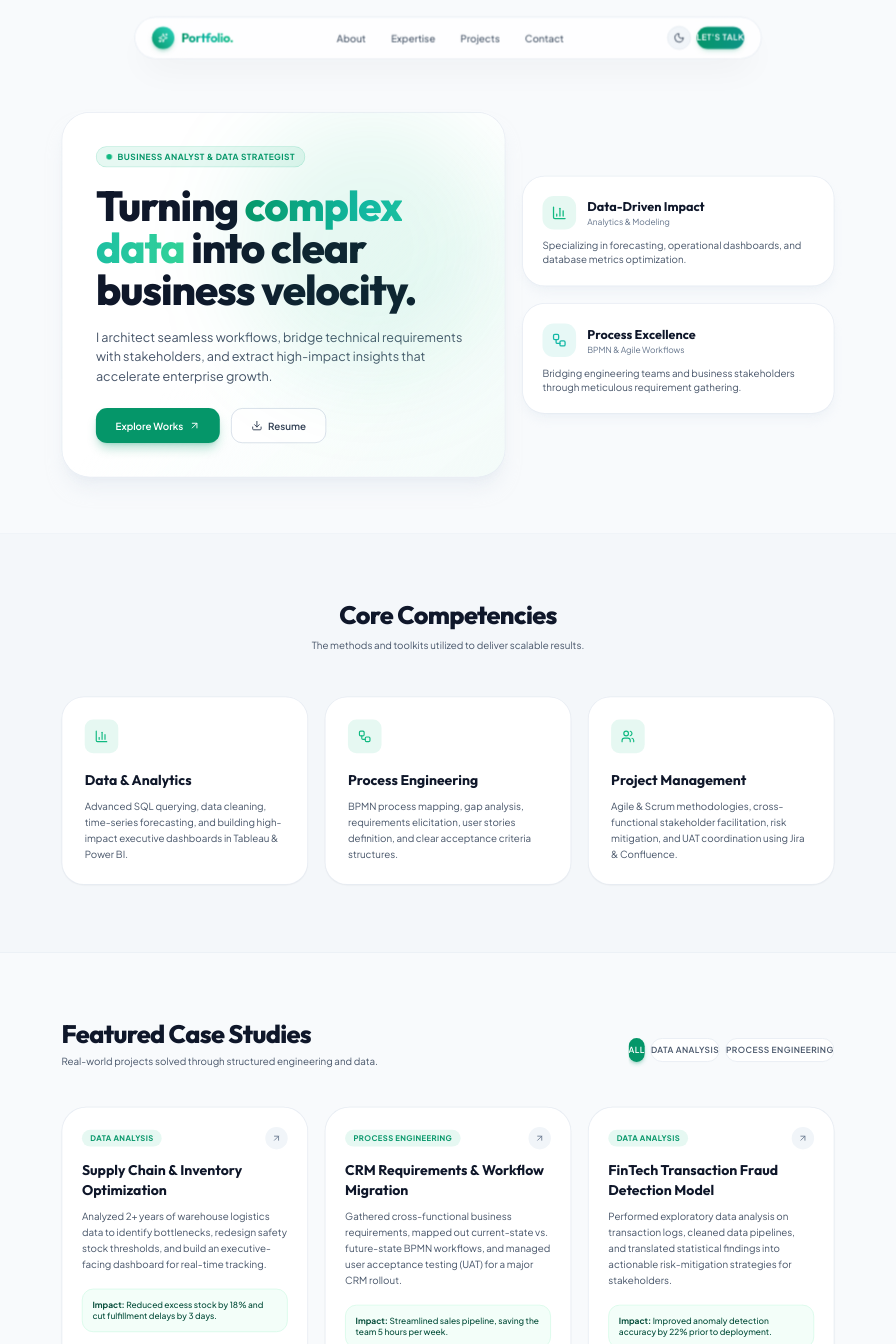
Repository: Daehy-peels/ba-portfolio
Page: /
The author's editor kept a copy of each file at every save. The page is drawn from the files as they stood at one save, then again after the next save.
The browser window is 1280 px wide. The pictures show the part of the page from y = 0 to 1920 px (the page is 2650 px tall), at 70% of full size.
The project was rebuilt for these pictures with package versions that can differ from the ones it lists, and the page was loaded fresh each time. Also part of the build but not shown: vite.config.js.

Above is the page before, as saved 2026-08-26 11:50:30.

After the next save:
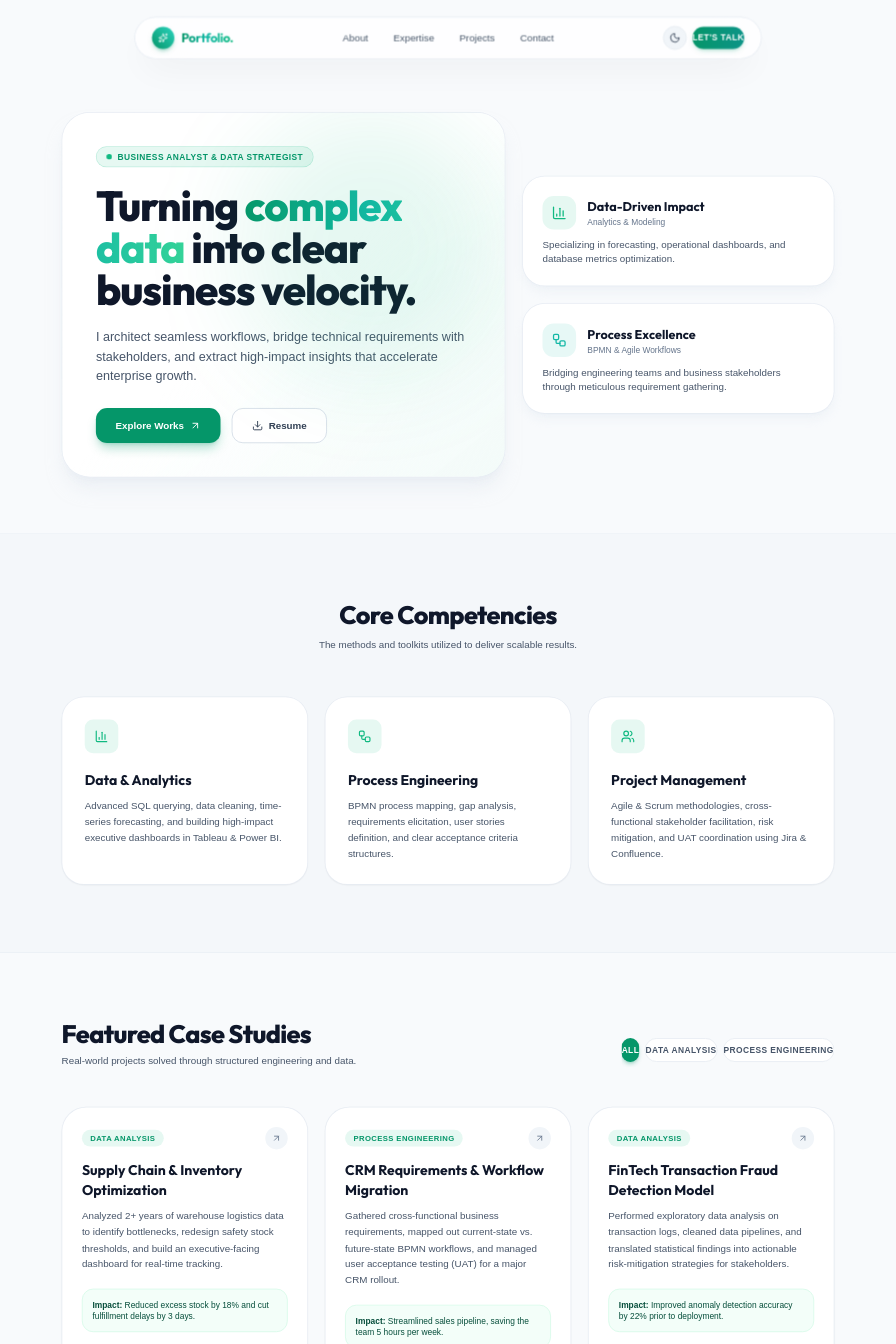
Saved 10 min 15 s later.
--- a/index.html
+++ b/index.html
@@ -1,5 +1,5 @@
 <!doctype html>
-<html lang="en">
+<html lang="en" class="scroll-smooth">
   <head>
     <meta charset="UTF-8" />
 
@@ -7,19 +7,28 @@
 
     <meta name="viewport" content="width=device-width, initial-scale=1.0" />
 
-    <title>BA Portfolio</title>
+    <meta
+      name="description"
+      content="Business Analyst portfolio showcasing data analysis, business process optimization, requirements gathering, and project management."
+    />
 
+    <meta name="theme-color" content="#16a34a" />
+
+    <title>BA Portfolio | Business Analyst</title>
+
+    <!-- Google Fonts -->
     <link rel="preconnect" href="https://fonts.googleapis.com" />
     <link rel="preconnect" href="https://fonts.gstatic.com" crossorigin />
 
     <link
-      href="https://fonts.googleapis.com/css2?family=Outfit:wght@400;500;600;700;800&family=Plus+Jakarta+Sans:wght@300;400;500;600;700&display=swap"
+      href="https://fonts.googleapis.com/css2?family=DM+Sans:wght@400;500;600;700&family=Outfit:wght@400;500;600;700;800&display=swap"
       rel="stylesheet"
     />
   </head>
 
   <body>
     <div id="root"></div>
+
     <script type="module" src="/src/main.jsx"></script>
   </body>
 </html>
